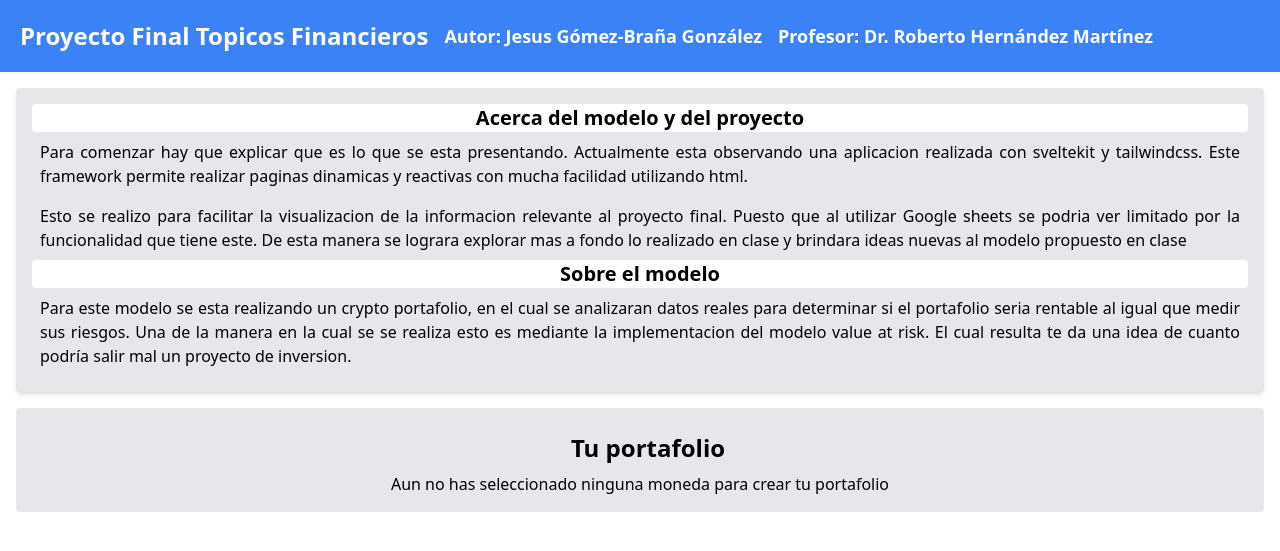
Repository: SistemaACT/Portafolio
Page: /
These files come from the project's save history. The page is drawn as it stood at one moment and after the next save; the edit follows.
The browser window is 1280 px wide. The pictures show the whole page.
The page's requests for data from a server got no answer. The project was rebuilt for these pictures with package versions that can differ from the ones it lists, and the page was loaded fresh each time. The framework's server and built-in components were replaced by stand-ins that run in the browser. No one was signed in, and anything a server would have sent is missing. Also part of the build but not shown: svelte.config.js, vite.config.ts.

Above is the page before, as saved 2024-07-07 20:17:46.

After the next save:
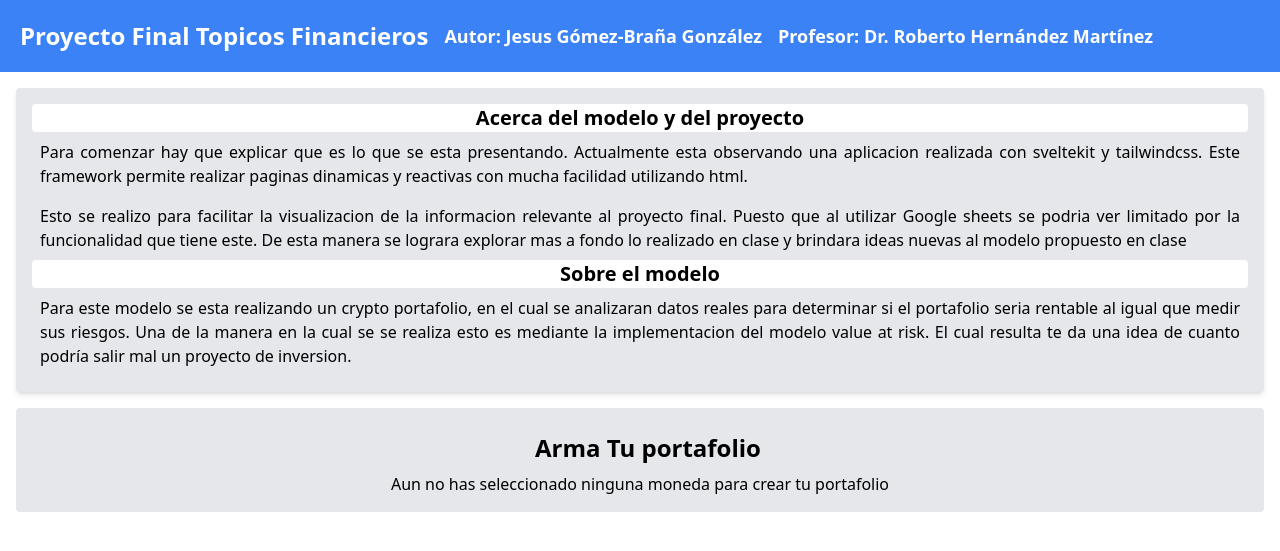
Saved 41 s later.
--- a/src/routes/+page.svelte
+++ b/src/routes/+page.svelte
@@ -159,7 +159,7 @@
 {/if}
 
 <div class="m-4 p-4 bg-gray-200 rounded">
-  <h2 class="w-full text-center text-2xl font-bold m-2">Tu portafolio</h2>
+  <h2 class="w-full text-center text-2xl font-bold m-2">Arma Tu portafolio</h2>
   {#if selected_coins.length==0}
     <p class="w-full text-center">Aun no has seleccionado ninguna moneda para crear tu portafolio</p>
   {:else if graficar==undefined}
@@ -183,6 +183,10 @@
               <label for="Cantidad">Cantidad a comprar</label>
               <input class="bg-white border border-black rounded" placeholder="Cantidad a comprar" type="number" id="Cantidad"/>
             </div>
+            <div class="flex flex-col">
+              <label for="Cantidad">Cantidad a comprar</label>
+              <input class="bg-white border border-black rounded" placeholder="Cantidad a comprar" type="number" id="Cantidad"/>
+            </div>
           </form>
         </div>
       {/if}
